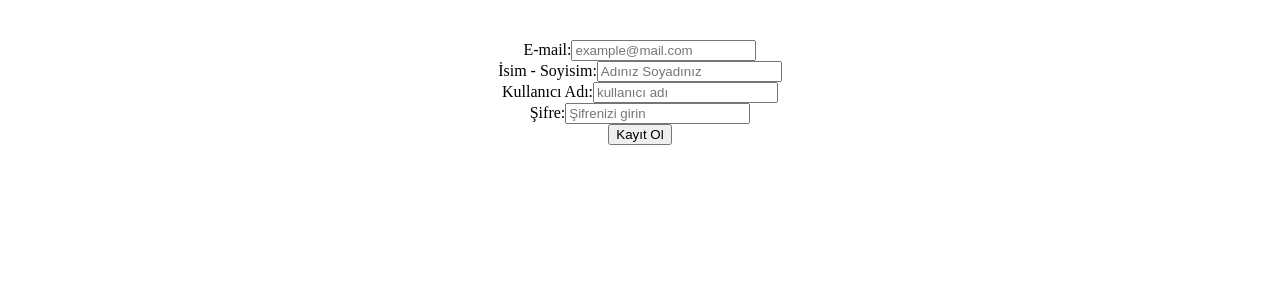
Repository: rumeyssaasya/TaskifyFrontendExample
Page: /
The author's editor kept a copy of each file at every save. The page is drawn from the files as they stood at one save, then again after the next save.
The browser window is 1280 px wide. The pictures show the whole page.
The project was rebuilt for these pictures with package versions that can differ from the ones it lists, and the page was loaded fresh each time. Also part of the build but not shown: vite.config.ts, src/component/CreateProject/createProject.tsx, src/pages/Projects/projects.tsx, src/api/ProtectedRoute.tsx, src/component/TaskList/taskList.tsx, src/component/CreateTask/createTask.tsx, src/pages/Tasks/tasks.tsx. Imported but missing from the stored project, and not drawn on this page: src/component/ProjectDetails/projectDetail.

Above is the page before, as saved 2025-07-26 01:30:29.

### index.html
<!doctype html>
<html lang="en">
  <head>
    <meta charset="UTF-8" />
    <link rel="icon" type="image/svg+xml" href="" />
    <meta name="viewport" content="width=device-width, initial-scale=1.0" />
    <title>Taskify</title>
  </head>
  <body>
    <div id="root"></div>
    <script type="module" src="/src/main.tsx"></script>
  </body>
</html>

### src/index.css
:root {}

body {}

### src/App.tsx
import './App.css'
import { BrowserRouter, Route, Routes } from 'react-router-dom';
import LoginForm from './pages/Login/login';
import RegisterForm from './pages/Register/register';
import Projects from './pages/Projects/projects';
import ProtectedRoute from './api/ProtectedRoute';
import Tasks from './pages/Tasks/tasks';

function App() {
  return (
    <BrowserRouter>
      <Routes>
        <Route path="/" element={<RegisterForm />} />
         <Route path="/auth/login" element={<LoginForm/>} />
        <Route element={<ProtectedRoute />}>
          <Route path="/projects" element={<Projects />} />
          <Route path="/tasks" element={<Tasks />} />
        </Route>
      </Routes>
    </BrowserRouter>
  )
}

export default App

### src/App.css
#root {
  max-width: 1280px;
  margin: 0 auto;
  padding: 2rem;
  text-align: center;
}


@keyframes logo-spin {
  from {
    transform: rotate(0deg);
  }

  to {
    transform: rotate(360deg);
  }
}

### src/pages/Register/register.tsx
import React, { useState } from "react";
import api from "../../api/axios"
import { useNavigate } from "react-router-dom";


const RegisterForm = () => {
  const [email, setEmail] = useState("");
  const [fullName, setFullName] = useState("");
  const [username, setUsername] = useState("");
  const [password, setPassword] = useState("");
  const [error, setError] = useState<string | null>(null);
  const navigate = useNavigate();

  const handleSubmit = async (e: React.FormEvent<HTMLFormElement>) => {
    e.preventDefault();

    try {
      const response = await api.post("http://localhost:8080/auth/register", {
        email,
        fullName,
        username,
        password,
      });

      const token = response.data.token;
      localStorage.setItem("token", token);
      navigate("/auth/login"); // sayfaya yönlendiriyoruz, API endpoint'e değil
    } catch (err) {
      setError("Kayıt işlemi başarısız. Lütfen bilgileri kontrol edin.");
    }
  };

  return (
    <form onSubmit={handleSubmit}>
      <div>
        <label>E-mail:</label>
        <input
          type="email"
          placeholder="example@mail.com"
          value={email}
          onChange={(e) => setEmail(e.target.value)}
          autoComplete="email"
          required
        />
      </div>

      <div>
        <label>İsim - Soyisim:</label>
        <input
          type="text"
          placeholder="Adınız Soyadınız"
          value={fullName}
          onChange={(e) => setFullName(e.target.value)}
          autoComplete="name"
          required
        />
      </div>

      <div>
        <label>Kullanıcı Adı:</label>
        <input
          type="text"
          placeholder="kullanıcı adı"
          value={username}
          onChange={(e) => setUsername(e.target.value)}
          autoComplete="username"
          required
        />
      </div>

      <div>
        <label>Şifre:</label>
        <input
          type="password"
          placeholder="Şifrenizi girin"
          value={password}
          onChange={(e) => setPassword(e.target.value)}
          autoComplete="new-password"
          required
        />
      </div>

      {error && <p style={{ color: "red" }}>{error}</p>}

      <button type="submit">Kayıt Ol</button>
    </form>
  );
};

export default RegisterForm;

### src/api/axios.ts
import axios from 'axios';

// 1. Axios instance oluşturuyoruz, böylece tüm isteklerde aynı baseURL kullanılır
const api = axios.create({
  baseURL: 'http://localhost:8080', // Backend adresin, kendi projenin URL'si
});

// 2. İstek gönderilmeden önce çalışacak interceptor ekliyoruz
api.interceptors.request.use(config => {
  // 3. localStorage'dan token'ı alıyoruz
  const token = localStorage.getItem('token');

  // 4. Eğer token varsa, istek header'ına ekliyoruz
  if (token!== null) {
    config.headers.Authorization = `Bearer ${token}`;
  }

  // 5. İsteği geri döndür, böylece axios devam edebilir
  return config;
}, error => {
  // 6. Hata varsa burada yakalayabiliriz
  return Promise.reject(error);
});

export default api;

### src/component/ProjectList/projectList.tsx
import React, { useState } from "react";

interface Project {
  id: number;
  projectName: string;
  description: string;
  status: string;
  startDate: string;
  endDate: string;
}

interface ProjectListProps {
  projects: Project[];
}

const statusLabels: Record<string, string> = {
  TODO: "Yapılacak",
  IN_PROGRESS: "Devam Ediyor",
  DONE: "Tamamlandı",
};

const ProjectList: React.FC<ProjectListProps> = ({ projects }) => {
  const [openProjectId, setOpenProjectId] = useState<number | null>(null);

  const toggleProject = (id: number) => {
    setOpenProjectId(openProjectId === id ? null : id);
  };

  if (!projects.length) {
    return <p>Proje bulunamadı.</p>;
  }

  return (
    <ul>
      {projects.map((project) => (
        <li key={project.id} style={{ marginBottom: "1rem" }}>
          <h3
            style={{ cursor: "pointer", color: "blue" }}
            onClick={() => toggleProject(project.id)}
          >
            {project.projectName}
          </h3>
          {openProjectId === project.id && (
            <div style={{ paddingLeft: "1rem" }}>
              <p><strong>Açıklama:</strong> {project.description}</p>
              <p><strong>Durum:</strong> {statusLabels[project.status] || project.status}</p>
              <p><strong>Başlangıç Tarihi:</strong> {project.startDate}</p>
              <p><strong>Bitiş Tarihi:</strong> {project.endDate}</p>
            </div>
          )}
        </li>
      ))}
    </ul>
  );
};

export default ProjectList;

### src/pages/Login/login.tsx
import React, { useState } from "react";
import api from "../../api/axios";
import { useNavigate } from "react-router-dom";

const LoginForm = () => {
  const [username, setUsername] = useState("");
  const [password, setPassword] = useState("");
  const [error, setError] = useState<string | null>(null);
  const navigate = useNavigate();

  const handleSubmit = async (e: React.FormEvent<HTMLFormElement>) => {
    e.preventDefault();

    try {
      const response = await api.post("/auth/login", {
        username,
        password,
      });

      // Backend'den token'ı al
      const token = response.data.token;

      // Token'ı localStorage'a kaydet
      localStorage.setItem("token", token);
      console.log("Gelen Token:", token);
      // Başarılı giriş sonrası yönlendirme
      navigate("/projects");
    } catch (err) {
      setError("Kullanıcı adı veya şifre hatalı!");
    }
  };

  return (
    <form onSubmit={handleSubmit}>
      <div>
        <label>Kullanıcı Adı:</label>
        <input
          type="text"
          value={username}
          onChange={(e) => setUsername(e.target.value)}
          required
        />
      </div>

      <div>
        <label>Şifre:</label>
        <input
          type="password"
          value={password}
          onChange={(e) => setPassword(e.target.value)}
          required
        />
      </div>

      {error && <p style={{ color: "red" }}>{error}</p>}

      <button type="submit">Giriş Yap</button>
    </form>
  );
};

export default LoginForm;

### src/component/Navbar/navbar.tsx
import { useNavigate } from "react-router-dom";
function Navbar() {
  const navigate = useNavigate();
  return (
    <div>
        <button type="button" onClick={() => navigate("/projects")}>ProjeLerim</button>
        <button type="button" onClick={() => navigate("/tasks")}>Görevlerim</button>
        <button type="button" onClick={() => navigate("/tasks")}>Profil</button>
    </div>  )
}

export default Navbar

Loaded but not shown: src/main.tsx (common file)

After the next save:
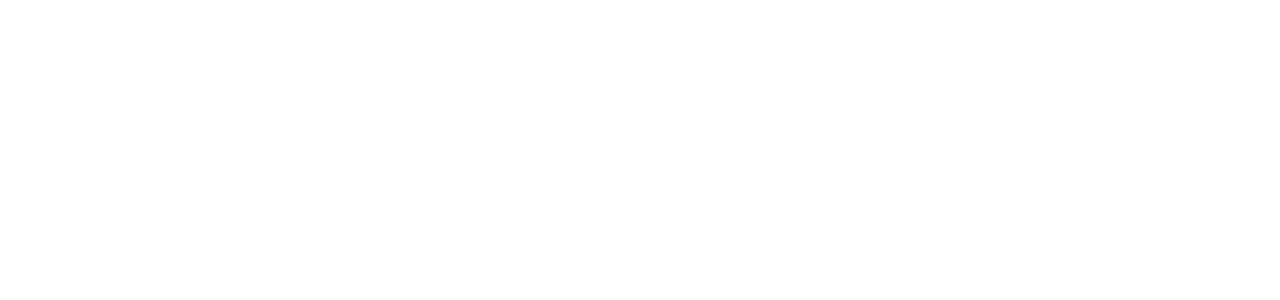
Console error: ReferenceError: c is not defined
Saved 3 min 4 s later.
--- a/src/component/ProjectList/projectList.tsx
+++ b/src/component/ProjectList/projectList.tsx
@@ -13,31 +13,25 @@
   projects: Project[];
 }
 
+c// status etiket eşlemesi
 const statusLabels: Record<string, string> = {
   TODO: "Yapılacak",
   IN_PROGRESS: "Devam Ediyor",
   DONE: "Tamamlandı",
 };
 
-const ProjectList: React.FC<ProjectListProps> = ({ projects }) => {
-  const [openProjectId, setOpenProjectId] = useState<number | null>(null);
+const ProjectList: React.FC<{ projects: Project[] }> = ({ projects }) => {
+  const [openProjectId, setOpenProjectId] = React.useState<number | null>(null);
 
   const toggleProject = (id: number) => {
     setOpenProjectId(openProjectId === id ? null : id);
   };
 
-  if (!projects.length) {
-    return <p>Proje bulunamadı.</p>;
-  }
-
   return (
     <ul>
       {projects.map((project) => (
-        <li key={project.id} style={{ marginBottom: "1rem" }}>
-          <h3
-            style={{ cursor: "pointer", color: "blue" }}
-            onClick={() => toggleProject(project.id)}
-          >
+        <li key={project.id}>
+          <h3 style={{ cursor: "pointer", color: "blue" }} onClick={() => toggleProject(project.id)}>
             {project.projectName}
           </h3>
           {openProjectId === project.id && (
@@ -53,5 +47,4 @@
     </ul>
   );
 };
-
 export default ProjectList;

After the save that followed:
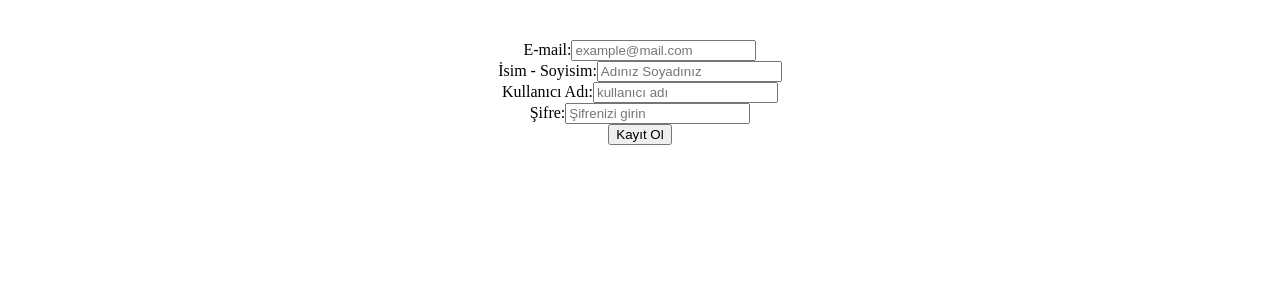
The error is gone.
Saved 15 s later.
--- a/src/component/ProjectList/projectList.tsx
+++ b/src/component/ProjectList/projectList.tsx
@@ -13,7 +13,7 @@
   projects: Project[];
 }
 
-c// status etiket eşlemesi
+// status etiket eşlemesi
 const statusLabels: Record<string, string> = {
   TODO: "Yapılacak",
   IN_PROGRESS: "Devam Ediyor",
